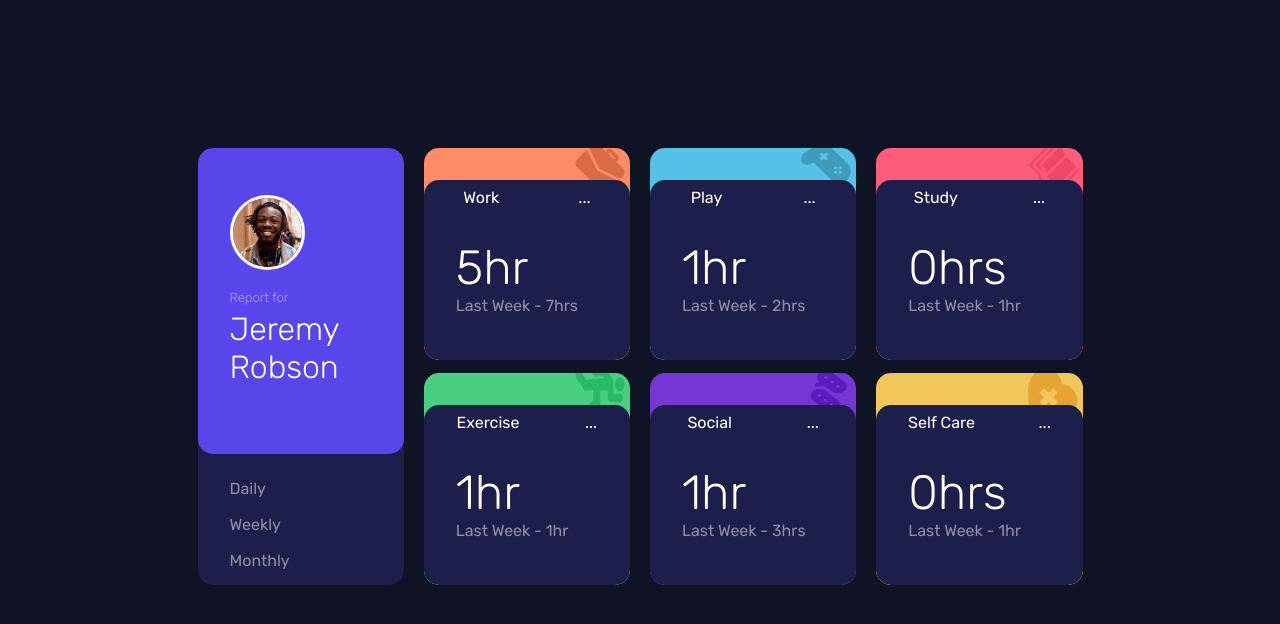
Repository: 3mr-5aled/time-tracking-dashboard-Junior
Page: index.html
An editor plug-in stored every save of this project. The page is shown before and after the next save, followed by the edit.
The browser window is 1280 px wide. The pictures show the whole page.

Above is the page before, as saved 2022-12-27 21:10:33.

After the next save:
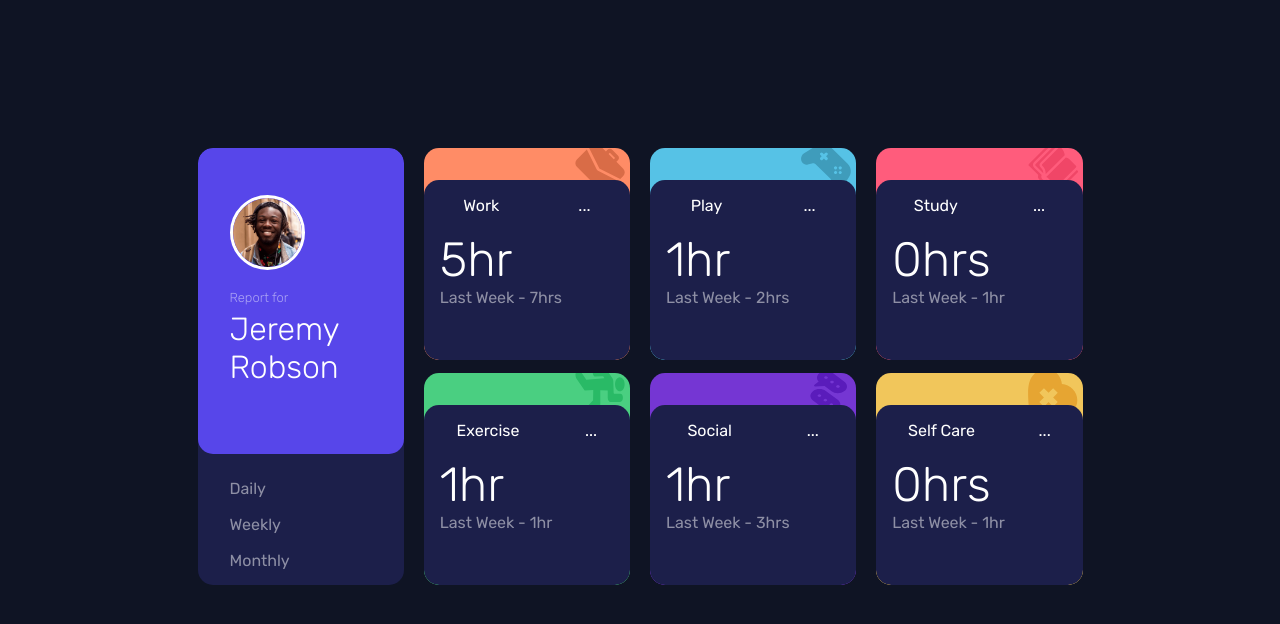
Saved 13 s later.
--- a/style.css
+++ b/style.css
@@ -142,7 +142,10 @@ body {
   flex-direction: row;
   justify-content: space-around;
   align-items: center;
-  margin-top: 0.5rem;
+  margin-top: 1rem;
+}
+.usage {
+  padding: 1rem;
 }
 h4 {
   font-weight: 200;
@@ -151,9 +154,6 @@ h4 {
 h6 {
   font-weight: 400;
   font-size: medium;
-}
-.usage {
-  padding: 2rem;
 }
 .previous {
   color: rgba(255, 255, 255, 0.5);
